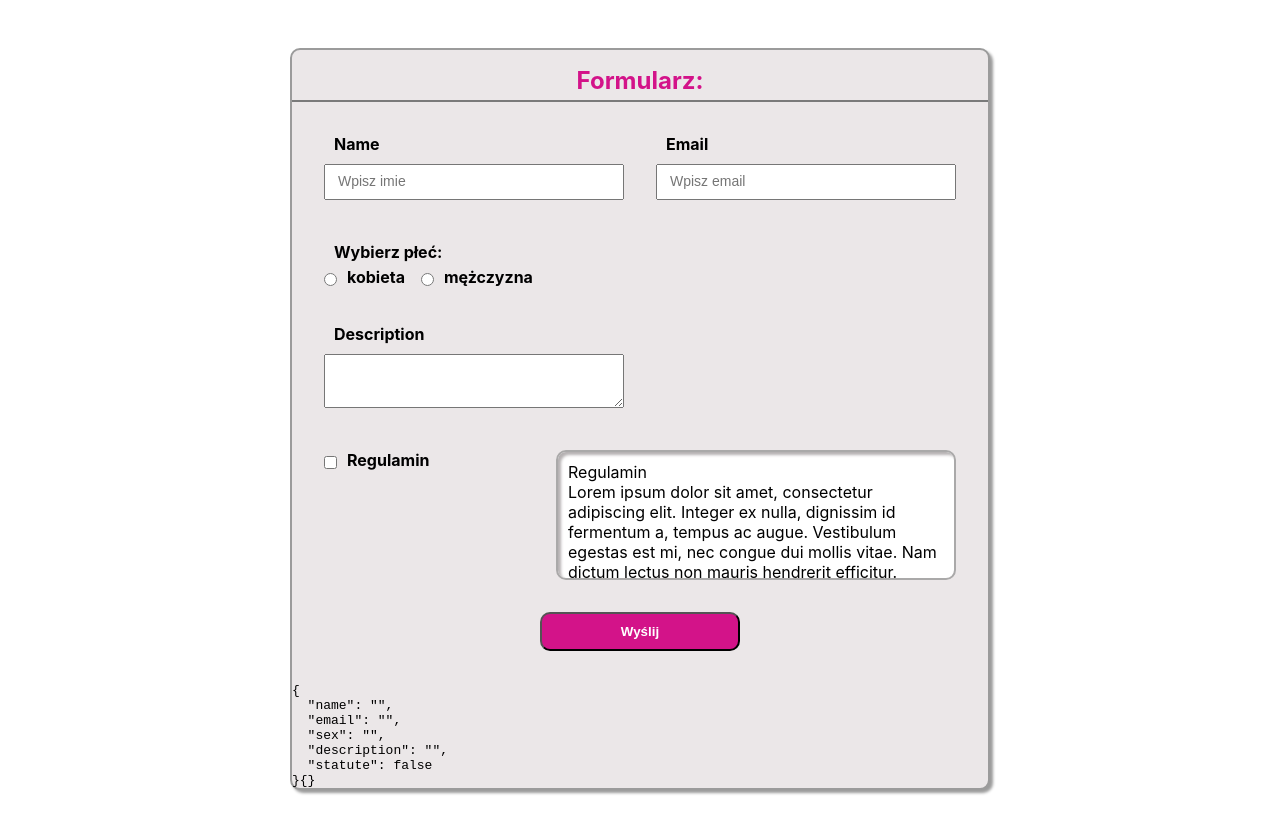
Repository: KrzysKolo/sr_tydzien4_zad3
Page: /
These files come from the project's save history. The page is drawn as it stood at one moment and after the next save; the edit follows.
The browser window is 1280 px wide. The pictures show the whole page.
The project was rebuilt for these pictures with package versions that can differ from the ones it lists, and the page was loaded fresh each time. Also part of the build but not shown: src/components/FormComponents/TextError.js.

Above is the page before, as saved 2020-11-19 14:28:04.

After the next save:
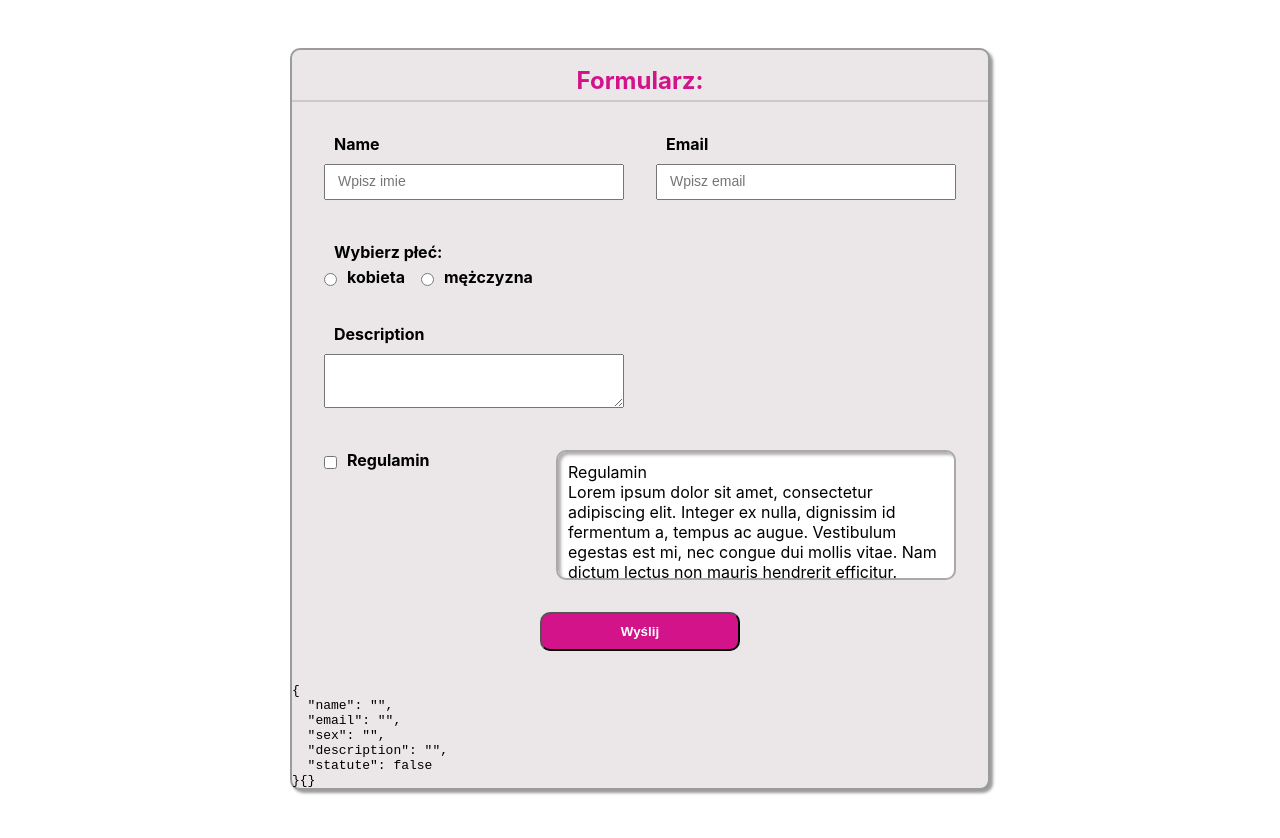
Saved 24 s later.
--- a/src/App.css
+++ b/src/App.css
@@ -72,6 +72,6 @@ textarea {
   margin: 1rem auto;
   text-align: center;
   font-weight: bold;
-  border-bottom: 2px solid #7a7a7a;
+  border-bottom: 2px solid rgb(204, 201, 204);
   padding-bottom: 5px;
 }
